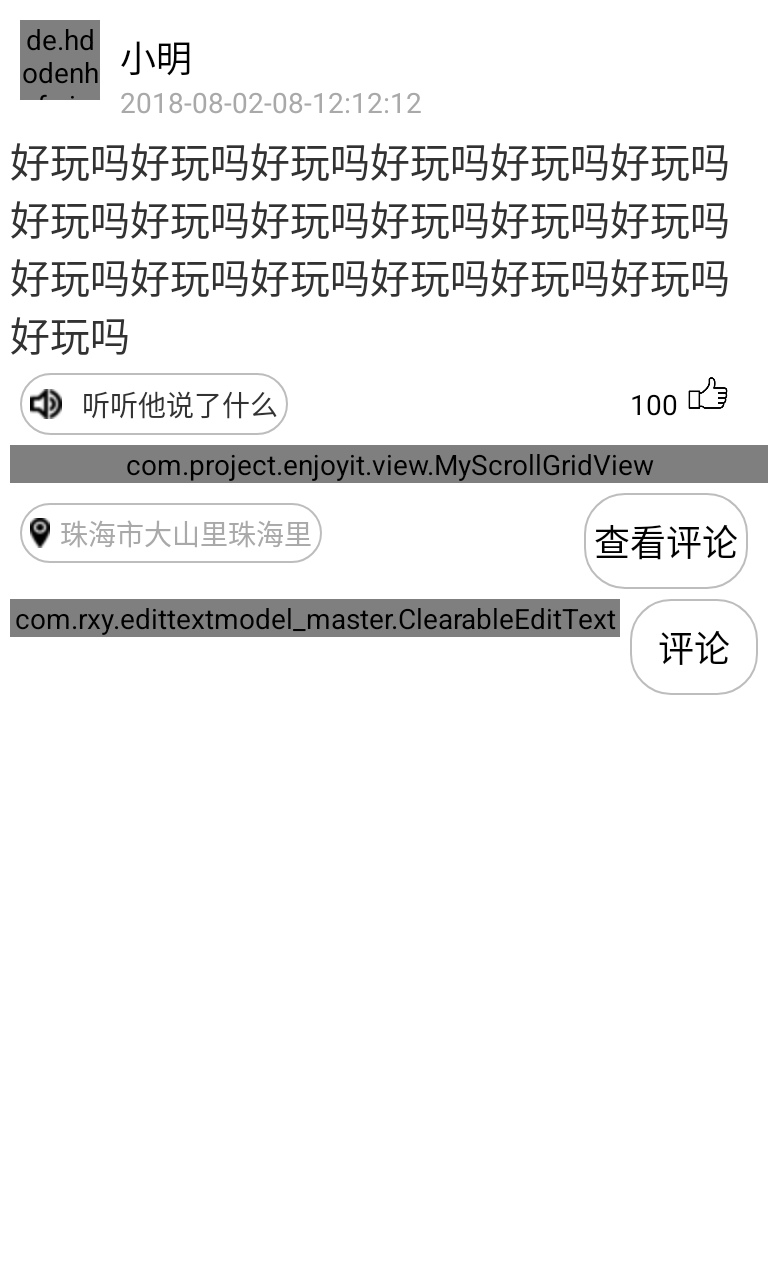
Repository: fatio/Nower
Layout: Android_Client_Source/EnjoyIt/res/layout/shows_list_item.xml
The author's editor kept a copy of each file at every save. The layout is drawn from the files as they stood at one save, then again after the next save.
Pictures or frames that could not be fetched are drawn as grey boxes. It is drawn on a 768 x 1280 px phone screen (xhdpi) without system bars, with theme AppTheme; the app's code is not run.

Above is the layout before, as saved 2015-12-27 07:48:17.

After the next save:
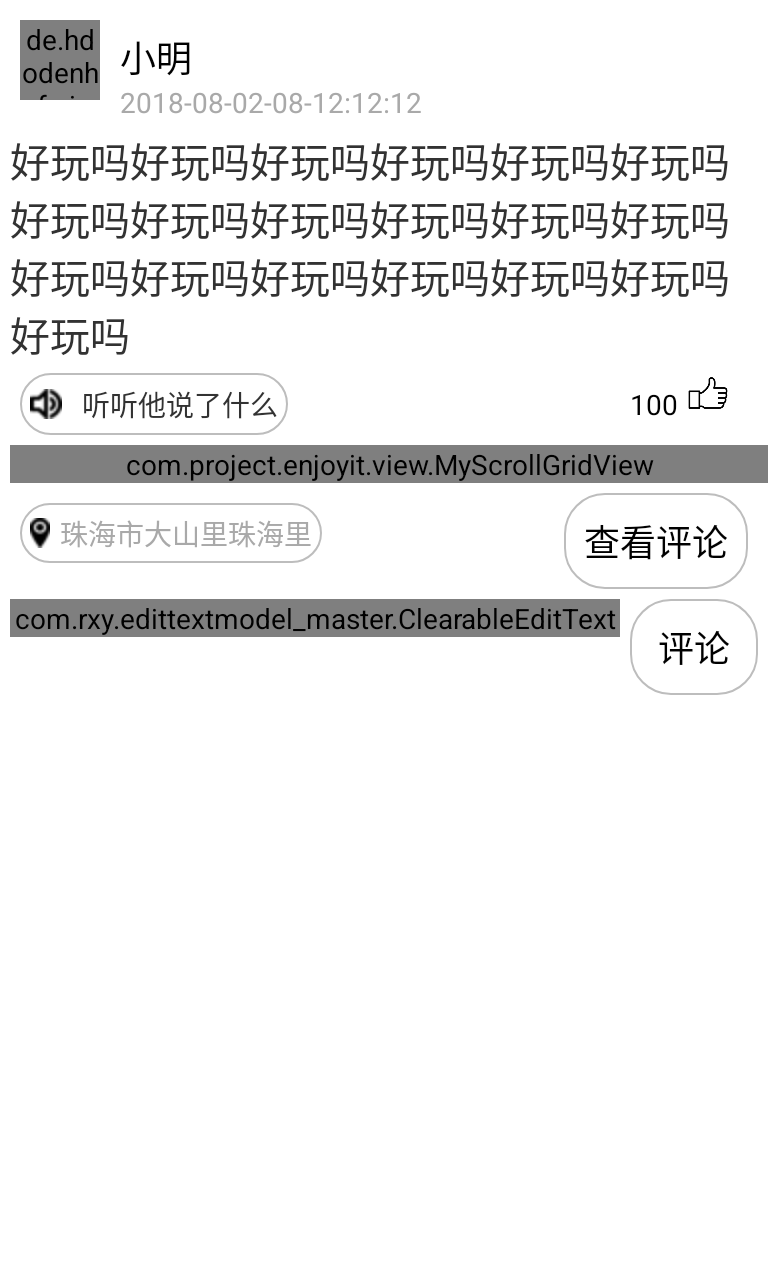
Saved 59 s later.
--- a/Android_Client_Source/EnjoyIt/res/layout/shows_list_item.xml
+++ b/Android_Client_Source/EnjoyIt/res/layout/shows_list_item.xml
@@ -144,7 +144,8 @@
             android:layout_marginRight="10dp"
             android:background="@drawable/imageview_btn_item_selector"
             android:text="查看评论"
-            android:padding="5dp"
+             android:paddingLeft="10dp"
+            android:paddingRight="10dp"
             android:textColor="@drawable/white_show" />
     </RelativeLayout>
 
